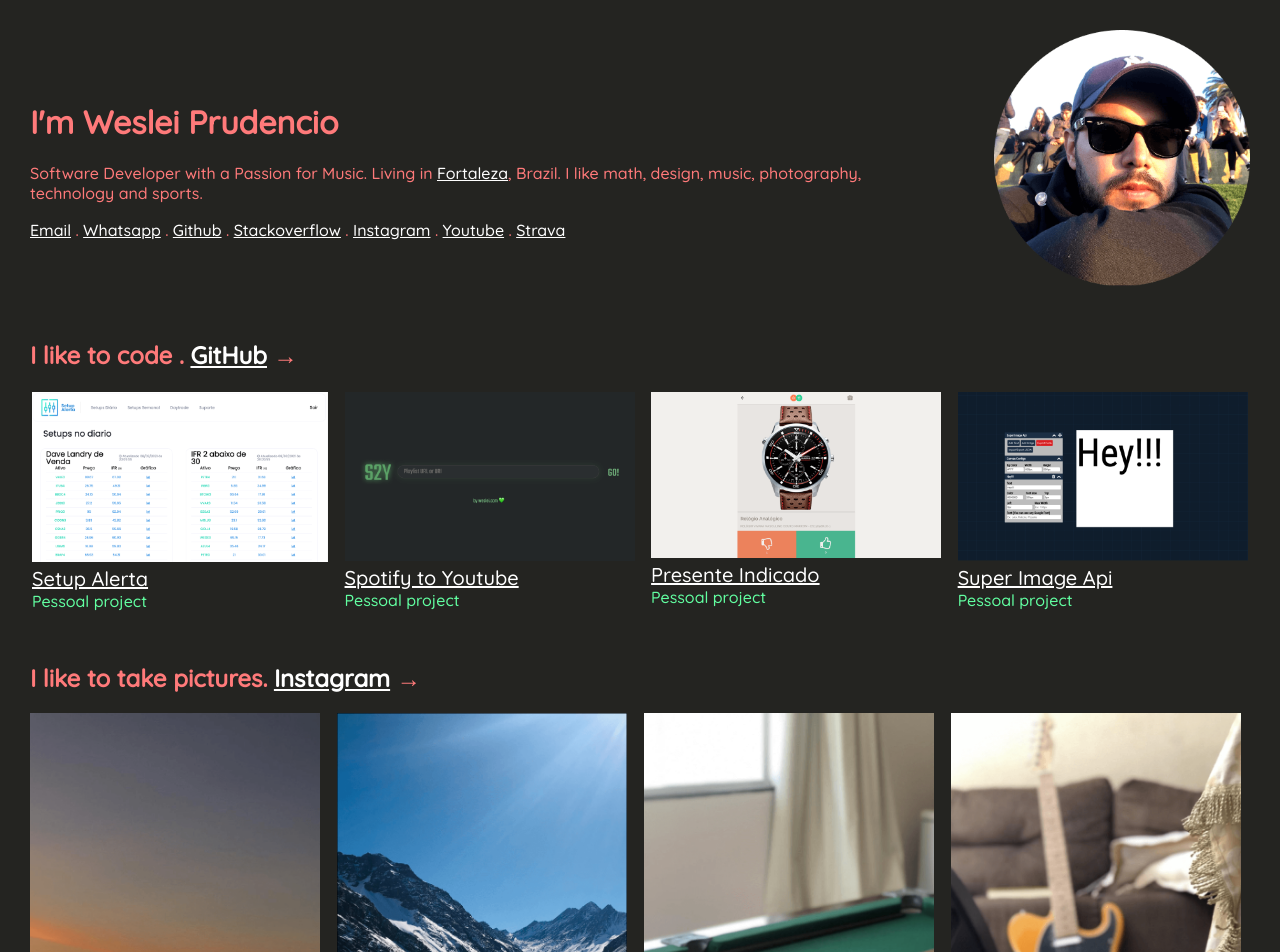
Repository: wprudencio/mywebsite
Page: index_src.html
The author's editor kept a copy of each file at every save. The page is drawn from the files as they stood at one save, then again after the next save.
The browser window is 1280 px wide. The pictures show the part of the page from y = 0 to 952 px (the page is 1968 px tall before and 1973 px after).

Above is the page before, as saved 2021-04-15 21:16:55.

### index_src.html
<!DOCTYPE html>
<html lang="en">
  <head>
    <meta charset="UTF-8" />
    <meta name="viewport" content="width=device-width, initial-scale=1.0" />
    <meta http-equiv="X-UA-Compatible" content="ie=edge" />
    <meta name="description" content="Software Developer with a Passion for Music. I like math, design, music, photography, technology and sports.">
    <meta name="keywords" content="Software Engineer,nodejs,node,node.js,javascript,react,react-native,react,postgree,dokku,docker,css,html,fullstack,fullstack developer">
    <title>Weslei Prudencio - Fullstack Developer</title>
    <link rel="stylesheet" type="text/css" href="style.css" />
    <link rel="preconnect" href="https://fonts.gstatic.com" />
    <link rel="shortcut icon" href="img/favicon.ico">
    <link
      href="https://fonts.googleapis.com/css2?family=Quicksand:wght@500&display=swap"
      rel="stylesheet"
    />
  </head>
  <body>
    <div class="header">
      <div class="titles">
        <h1 class="title">I'm Weslei Prudencio</h1>
        <div class="subtile subcolor">
          Software Developer with a Passion for Music. Living in <a target="_blank" href="https://www.google.com/maps/search/fortaleza/@-3.7402515,-38.5448821,14.12z">Fortaleza</a>,
          Brazil. I like math, design, music, photography, technology and sports.
        </div>
        <div class="social-links">
          <a target="_blank" href="/img/contactme.png">Email</a> . <a target="_blank" href="https://api.whatsapp.com/send?phone=+5585997731370&text=hey!"> Whatsapp</a> . <a target="_blank" href="https://github.com/wprudencio">Github</a> .
          <a target="_blank" href="https://stackoverflow.com/users/1723176/weslei-prudencio">Stackoverflow</a> . <a target="_blank" href="https://www.instagram.com/wesprudencio/">Instagram</a> .
          <a target="_blank" href="https://www.youtube.com/user/wesleiwpa">Youtube</a> . <a target="_blank" href="https://www.strava.com/athletes/46133690">Strava</a>
        </div>
      </div>
      <div class="profile-picture"><img src="./img/weslei.png" /></div>
    </div>

    <section class="code">
      <h1 class="title">
        I like to code . <a href="https://github.com/wprudencio" target="_blank" class="subcolor">GitHub</a>
        <span class="hide-on-mobile">→</span>
      </h1>
      <div class="hide-on-mobile">

        <div class="code-content">
          <img src="img/screenshot_setupalerta.png" width="300" />
          <div class="title"><a class="title" href="https://www.setupalerta.com.br">Setup Alerta</a></div>
          <div class="subtitle">Pessoal project</div>
          <!-- <div class="description">
            Software Developer with a Passion for Design. Living in Fortaleza,
            Brazil. I like math, design, technology, and found in software
            development the perfect balance. Django
          </div> -->
        </div>
        <div class="code-content">
          <img src="img/screenshot_s2y.png" width="300" />
          <div class="title"><a class="title" href="https://spotifytoyoutube.weslei.com/">Spotify to Youtube</a></div>
          <div class="subtitle">Pessoal project</div>
          <!-- <div class="description">
            Software Developer with a Passion for Design. Living in Fortaleza,
            Brazil. I like math, design, technology, and found in software
            development the perfect balance. Django
          </div> -->
        </div>
        <div class="code-content">
          <img src="img/screenshot_presenteindicado.png" width="300" />
          <div class="title"><a class="title" href="https://presenteindicado.herokuapp.com/">Presente Indicado</a></div>
          <div class="subtitle">Pessoal project</div>
          <!-- <div class="description">
            Software Developer with a Passion for music and design. Living in Fortaleza,
            Brazil. I like music, design, technology, and found in software
            development the perfect balance. Django
          </div> -->
        </div>
        <div class="code-content">
          <img src="img/screenshot_superimageapi.png" width="300" />
          <div class="title"><a class="title" href="https://superimageapi.weslei.com/">Super Image Api</a></div>
          <div class="subtitle">Pessoal project</div>
          <!-- <div class="description">
            Software Developer with a Passion for music and design. Living in Fortaleza,
            Brazil. I like music, design, technology, and found in software
            development the perfect balance. Django
          </div> -->
        </div>
        <!-- <div class="code-content">
          <img src="img/screenshot_s2y.png" width="300" />
          <div class="title">Setup Alerta</div>
          <div class="subtitle">Pessoal project</div>
          <div class="description">
            Software Developer with a Passion for Design. Living in Fortaleza,
            Brazil. I like math, design, technology, and found in software
            development the perfect balance. Django
          </div>
        </div> -->
      </div>
    </section>

    <section class="photo">
      <h1 class="title">
        I like to take pictures. <a href="https://www.instagram.com/wesprudencio/" target="_blank" class="subcolor">Instagram</a href="">
        <span class="hide-on-mobile">→</span>
      </h1>
      <div class="section-content hide-on-mobile">
        <img src="img/photo1.png" />
        <img src="img/photo2.png" />
        <img src="img/photo3.png" />
        <img src="img/photo4.png" />
      </div>
    </section>
    <section class="music">
      <h1 class="title">
        I like to play . <a href="https://www.youtube.com/user/wesleiwpa" target="_blank" class="subcolor">YouTube</a>
        <span class="hide-on-mobile">→</span>
      </h1>
      <div class="section-content hide-on-mobile">
        <iframe
          src="https://www.youtube.com/embed/yPIpGEmBJB4"
          frameborder="0"
          allow="accelerometer; autoplay; clipboard-write; encrypted-media; gyroscope; picture-in-picture"
          allowfullscreen
        ></iframe>
        <iframe
          src="https://www.youtube.com/embed/cLxHDwdbUxs"
          frameborder="0"
          allow="accelerometer; autoplay; clipboard-write; encrypted-media; gyroscope; picture-in-picture"
          allowfullscreen
        ></iframe>
        <iframe
          src="https://www.youtube.com/embed/GoNQzONj6T8"
          frameborder="0"
          allow="accelerometer; autoplay; clipboard-write; encrypted-media; gyroscope; picture-in-picture"
          allowfullscreen
        ></iframe>
        <iframe
          src="https://www.youtube.com/embed/zvhm4AExjm4"
          frameborder="0"
          allow="accelerometer; autoplay; clipboard-write; encrypted-media; gyroscope; picture-in-picture"
          allowfullscreen
        ></iframe>
      </div>
    </section>

    <footer>Made with love in 🇧🇷</footer>


<!-- Global site tag (gtag.js) - Google Analytics -->
<script async src="https://www.googletagmanager.com/gtag/js?id=G-LMNC2LT64Z"></script>
<script>
  window.dataLayer = window.dataLayer || [];
  function gtag(){dataLayer.push(arguments);}
  gtag('js', new Date());

  gtag('config', 'G-LMNC2LT64Z');
</script><!-- Global site tag (gtag.js) - Google Analytics -->
<script async src="https://www.googletagmanager.com/gtag/js?id=G-LMNC2LT64Z"></script>
<script>
  window.dataLayer = window.dataLayer || [];
  function gtag(){dataLayer.push(arguments);}
  gtag('js', new Date());

  gtag('config', 'G-LMNC2LT64Z');
</script>
  </body>
</html>

### style.css
body {
  background-color: #242421;
  font-family: "Quicksand", sans-serif;
  color: #ff7a7a;
  max-width: 1400px;
  margin: 0 auto;
  padding: 30px;
}
section {
  margin-top: 50px;
}
a {
  color: #ffff;
}

.social-links {
  padding-top: 17px;
}

.header {
  display: flex;
  flex-direction: row;
  margin: auto;
}

.code > div {
  display: flex;
}

.code-content:not(:first-child) {
  /* border: 1px solid; */
  max-width: 23.8%;
  padding-left: 1%;
}

.code-content {
  margin: 2px;
}
/*
.code-content :first-child {
  margin: 10px;
} */

.code-content > img {
  width: 100%;
}

.code-content .title {
  font-size: 20px;
}

.code-content .subtitle {
  color: #62ffa1;
}

.code-content .description {
  color: #ffff;
}

.header .titles {
  margin: auto 0;
}

.header .subtile {
  margin-right: 50px;
}

.profile-picture > img {
  width: 256px;
  margin: auto;
}

section.photo img {
  width: 23.8%;

  margin: auto;
}

section.photo img:not(:last-child) {
  padding-right: 1%;
}

section.music iframe {
  width: 23.8%;
  height: 500px;
}

section.music iframe:not(:last-child) {
  padding-right: 1%;
}
footer {
  margin-top: 40px;
}

@media only screen and (min-width: 1077px) {
}

@media only screen and (max-width: 800px) {
  .hide-on-mobile {
    display: none !important;
  }

  .profile-picture > img {
    width: 120px;
    margin: auto;
  }
}

After the next save:
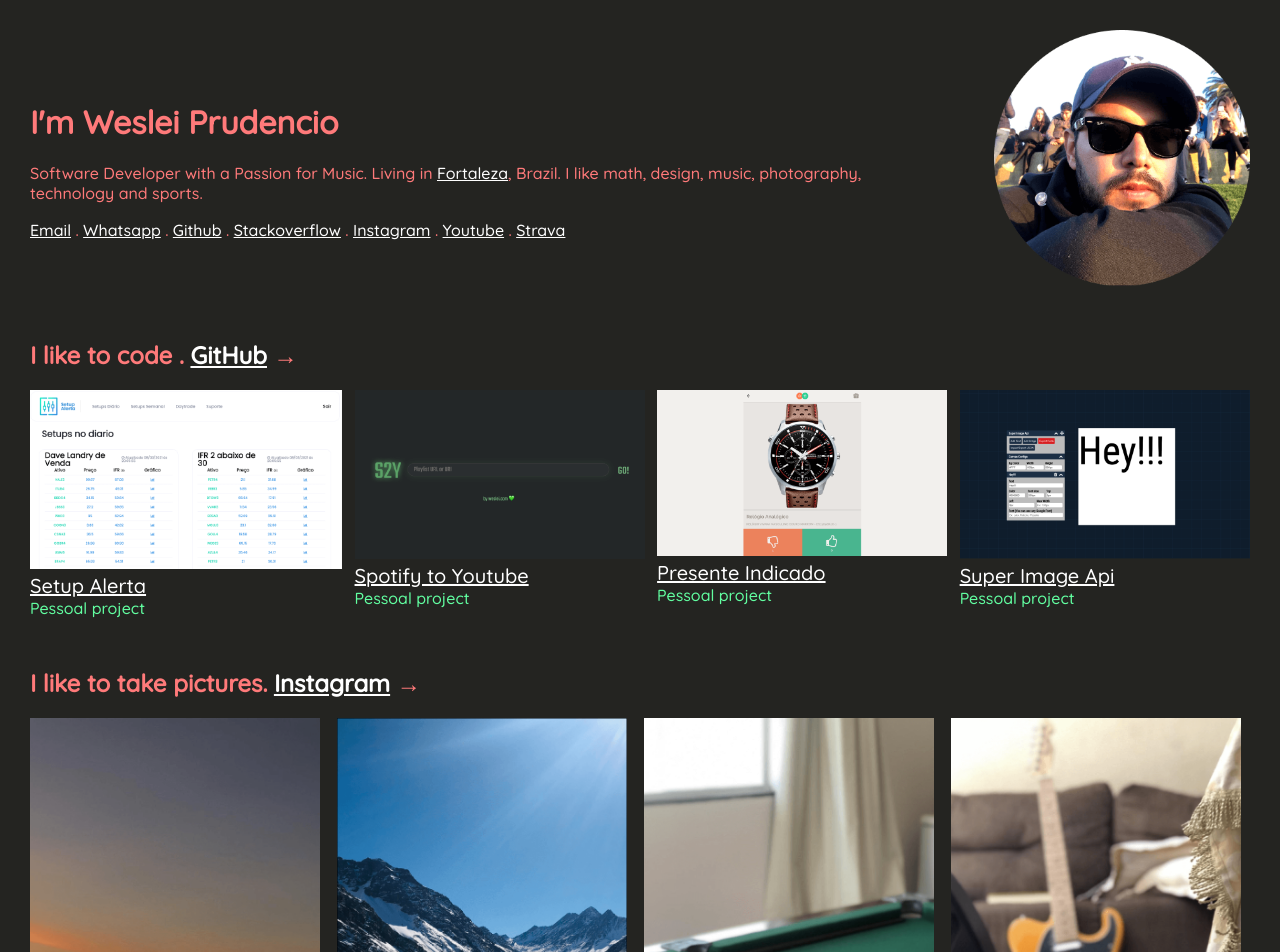
Saved 16 s later.
--- a/style.css
+++ b/style.css
@@ -33,9 +33,9 @@ a {
   padding-left: 1%;
 }
 
-.code-content {
+/* .code-content {
   margin: 2px;
-}
+} */
 /*
 .code-content :first-child {
   margin: 10px;
